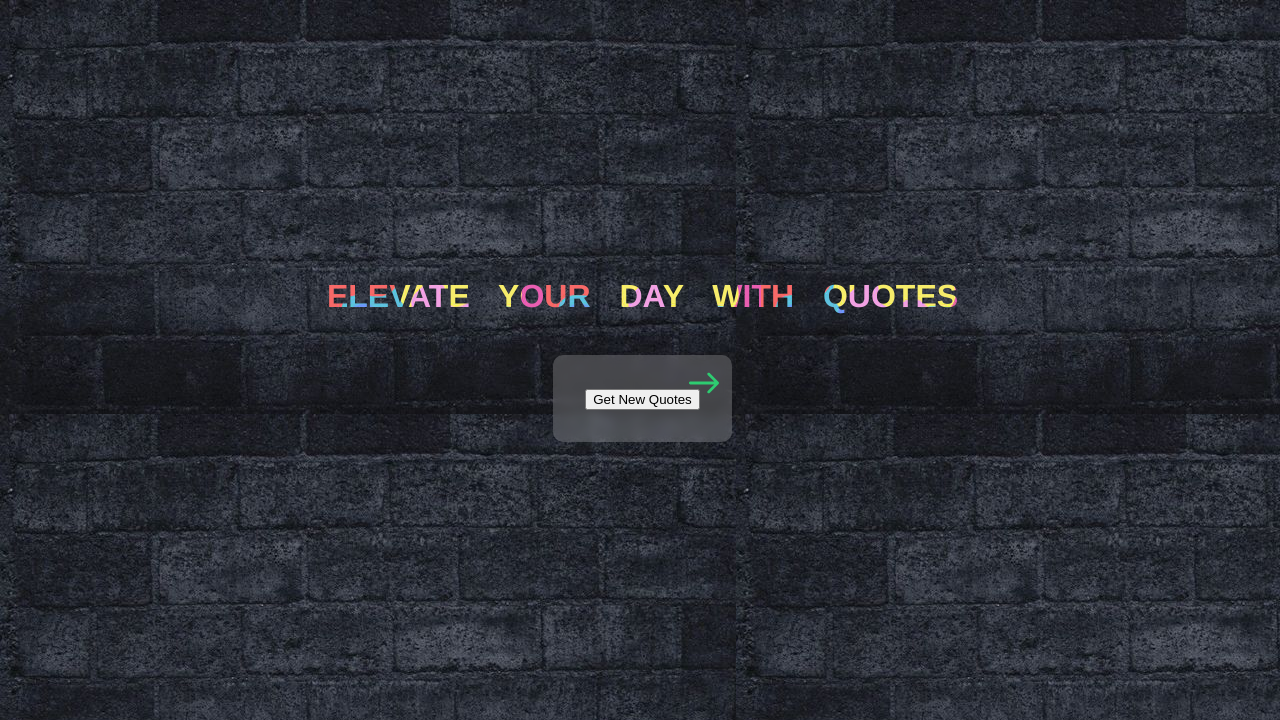
Repository: Bhavik-Sanghar/Quote-app
Page: /
These files come from the project's save history. The page is drawn as it stood at one moment and after the next save; the edit follows.
The browser window is 1280 px wide. The pictures show the whole page.
The page's requests for data from a server got no answer. The project was rebuilt for these pictures with package versions that can differ from the ones it lists, and the page was loaded fresh each time. No one was signed in, and anything a server would have sent is missing. Also part of the build but not shown: src/styles.css.

Above is the page before, as saved 2023-08-18 15:59:00.

After the next save:
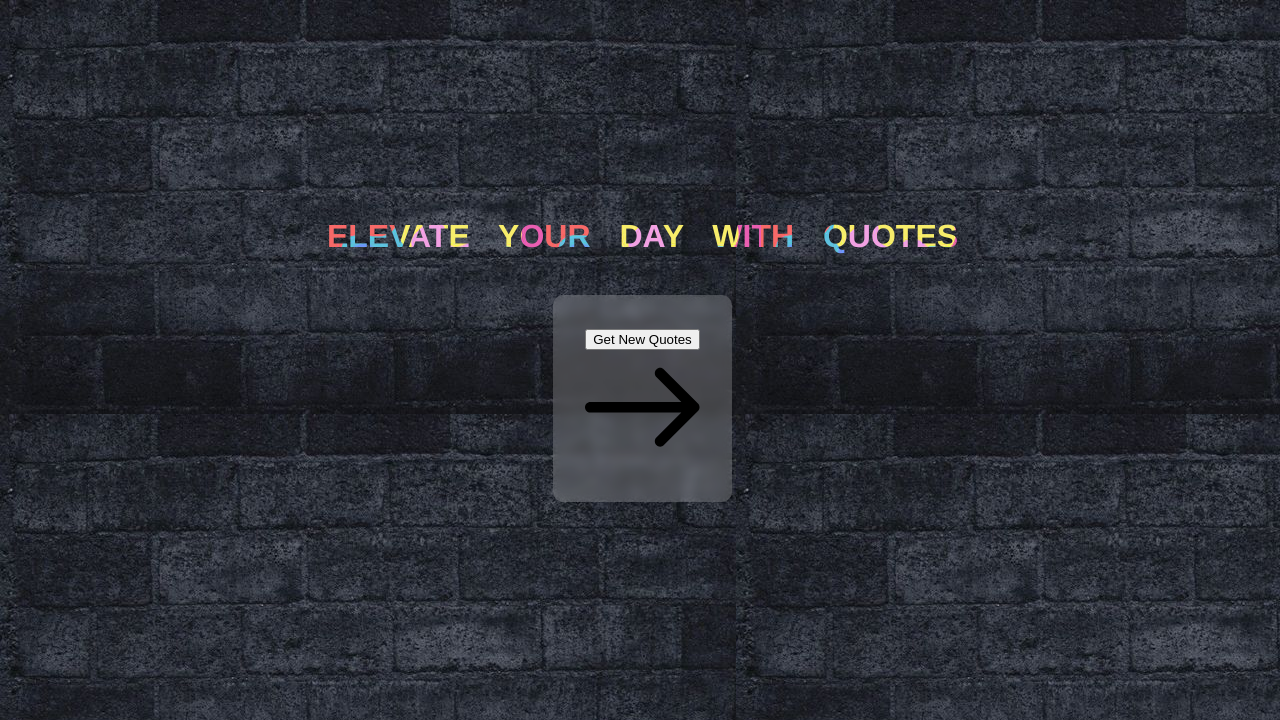
Saved 21 s later.
--- a/src/components/New.css
+++ b/src/components/New.css
@@ -113,37 +113,3 @@
     opacity: 1;
   }
 }
-
-.icon{
-  width: 50px;
-  height: 50px;
-  border: 3px solid transparent;
-  position: absolute;
-  transform: rotate(45deg);
-  right: 0;
-  top: 0;
-  z-index: -1;
-  transition: all .35s;
-}
-
-.icon svg{
-  width: 30px;
-  position: absolute;
-  top: calc(50% - 15px);
-  left: calc(50% - 15px);
-  transform: rotate(-45deg);
-  fill: #2ecc71;
-  transition: all .35s;
-}
-
-button:hover{
-  width: 200px;
-  border: 3px solid #2ecc71;
-  background: transparent;
-  color: #2ecc71;
-}
-
-button:hover + .icon{
-  border: 3px solid #2ecc71;
-  right: -25%;
-}

After the save that followed:
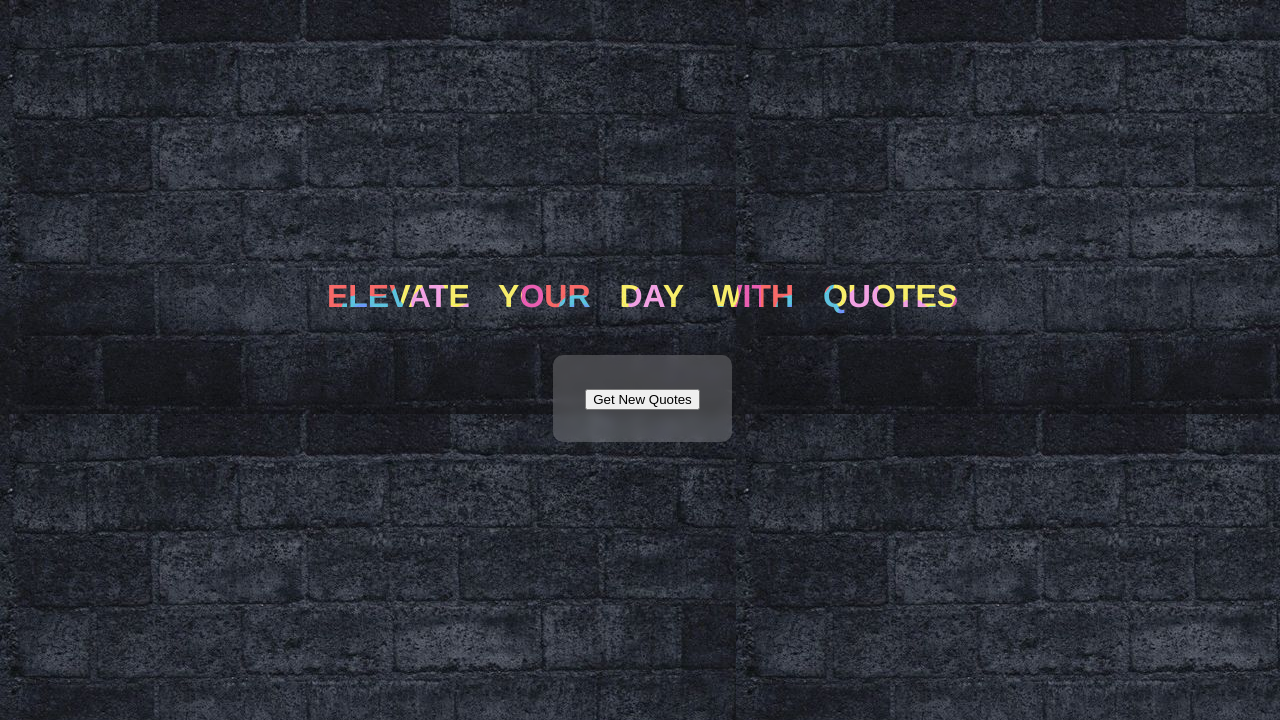
Saved 1 s later.
--- a/src/components/NewQuote.js
+++ b/src/components/NewQuote.js
@@ -41,11 +41,7 @@ const QuoteComponent = () => {
         ))} <button className="btn btn-one" onClick={handleFetchNewQuotes}>
            Get New Quotes
       </button>
-      <div class="icon">
-      <svg xmlns="http://www.w3.org/2000/svg" viewBox="0 0 268.832 268.832">
-        <path d="M265.17 125.577l-80-80c-4.88-4.88-12.796-4.88-17.677 0-4.882 4.882-4.882 12.796 0 17.678l58.66 58.66H12.5c-6.903 0-12.5 5.598-12.5 12.5 0 6.903 5.597 12.5 12.5 12.5h213.654l-58.66 58.662c-4.88 4.882-4.88 12.796 0 17.678 2.44 2.44 5.64 3.66 8.84 3.66s6.398-1.22 8.84-3.66l79.997-80c4.883-4.882 4.883-12.796 0-17.678z"/>
-      </svg>
-    </div>
+
       </div>
     </div>
   );
